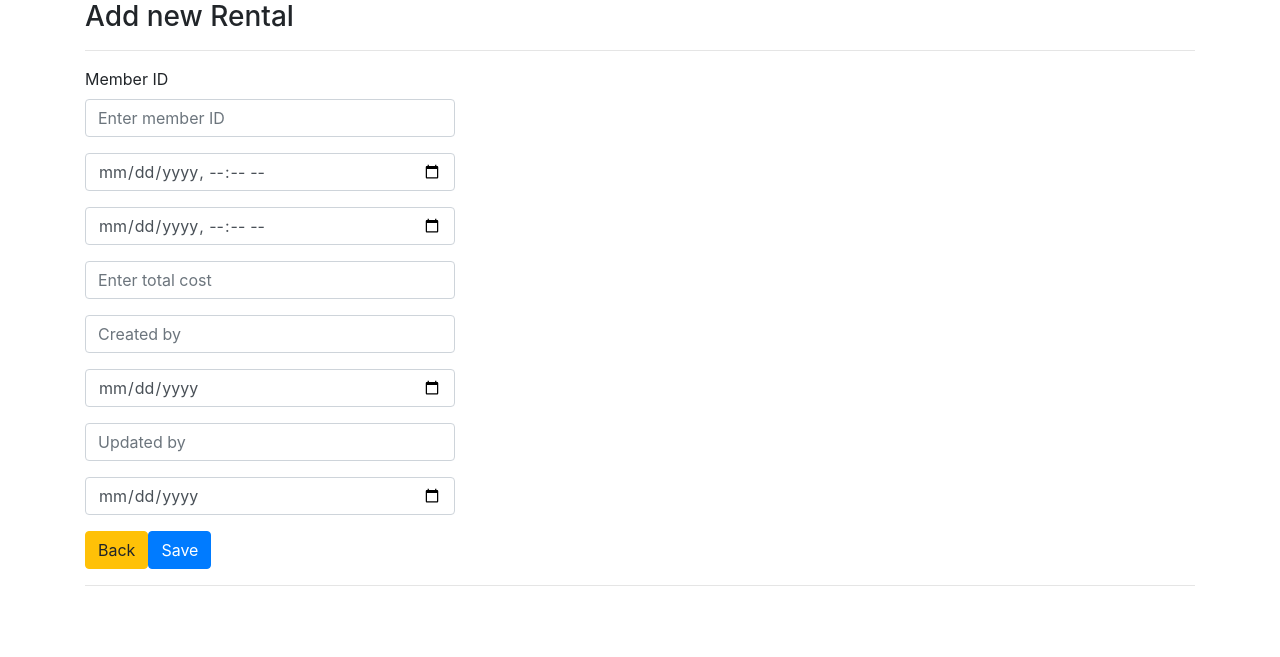
Repository: messimacky/Movie-Rental-System-Front-End
Page: /add-rental
These files come from the project's save history. The page is drawn as it stood at one moment and after the next save; the edit follows.
The browser window is 1280 px wide. The pictures show the whole page.
The project was rebuilt for these pictures with package versions that can differ from the ones it lists, and the page was loaded fresh each time. Also part of the build but not shown: src/services/movie.service.js, src/components/AddMovie.js, src/components/MoviesList.js, src/components/NotFound.js, src/components/login/Login.js, src/services/customer.service.js, src/components/AddCustomer.js, src/components/CustomerList.js and 4 more.

Above is the page before, as saved 2022-04-21 15:14:05.

After the next save:
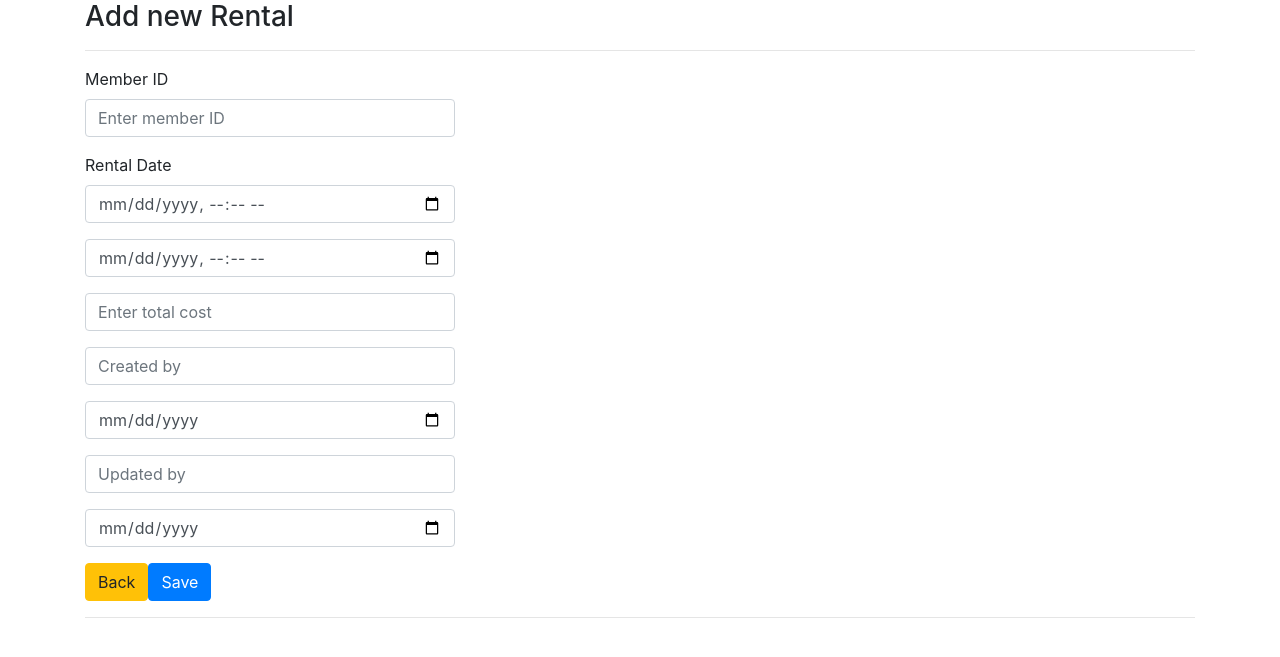
Saved 87 s later.
--- a/src/components/AddRental.js
+++ b/src/components/AddRental.js
@@ -81,7 +81,8 @@ const AddRental = () => {
             <hr />
             <form>
                 <div className="form-group">
-                    <label>Member ID</label> <input type="number"
+                    <label>Member ID</label>
+                    <input type="number"
                         className="form-control col-4"
                         id="memberid"
                         value={member_id}
@@ -90,6 +91,7 @@ const AddRental = () => {
                     />
                 </div>
                 <div className="form-group">
+                    <label>Rental Date</label>
                     <input
                         type="datetime-local"
                         className="form-control col-4"
